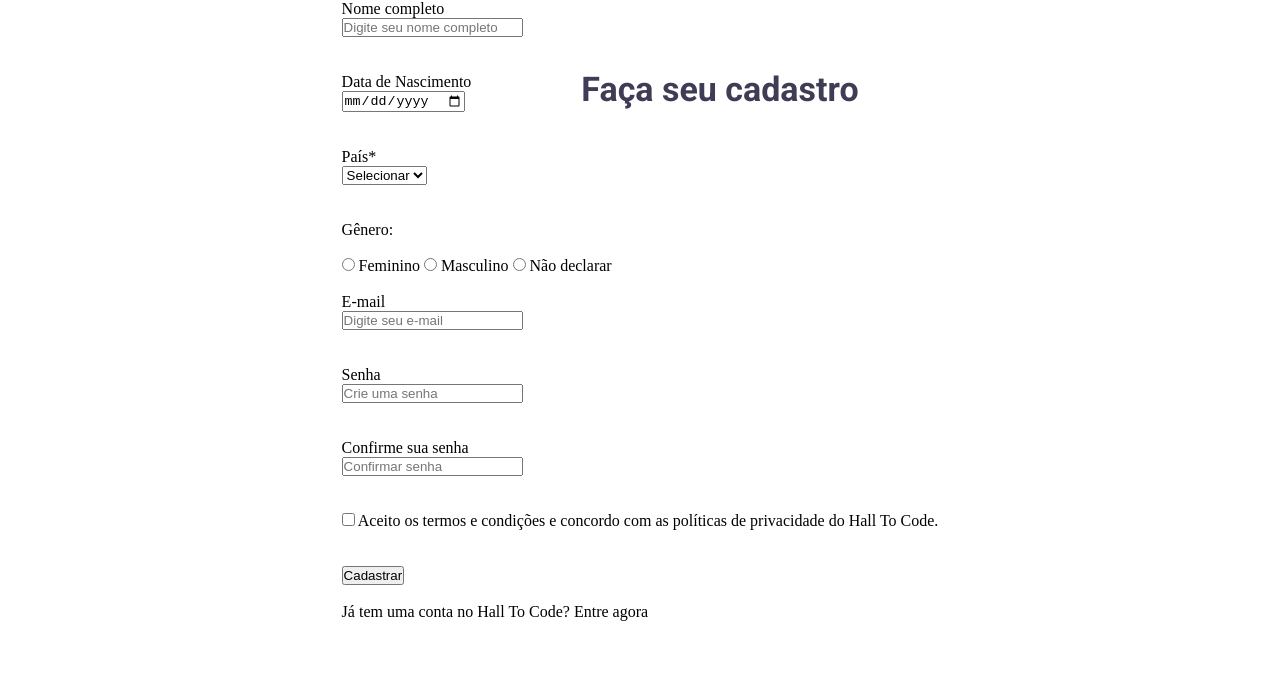
Repository: RenatoCCS/formularios
Page: cadastro.html
An editor plug-in stored every save of this project. The page is shown before and after the next save, followed by the edit.
The browser window is 1280 px wide. The pictures show the whole page.

Above is the page before, as saved 2023-03-23 11:37:54.

### cadastro.html
<!DOCTYPE html>
<html lang="pt-br">
  <head>
    <meta charset="UTF-8" />
    <meta http-equiv="X-UA-Compatible" content="IE=edge" />
    <meta name="viewport" content="width=device-width, initial-scale=1.0" />
    <link rel="stylesheet" href="style.css" />
    <title>Faça seu cadastro</title>
  </head>

  <body class="container">
    <form action="" class="form__Cadastro">
      <div class="form__Cadastro__Titulo">
        <h1>Faça seu cadastro</h1>
      </div>

      <div class="nome__Cadastro">
        <label class="nome__Cadastro__Nome" for="name">Nome completo</label>
        <br />
        <input
          class="nome__Cadastro__Campo"
          id="name"
          type="text"
          name="name"
          placeholder="Digite seu nome completo"
        />
      </div>
      <br /><br />

      <div>
        <label for="date">Data de Nascimento</label>
        <br />
        <input id="date" type="date" name="date" placeholder="dd/mm/aaaa" />
      </div>
      <br /><br />

      <div>
        <label for="options__Cascading">País*</label><br />
        <select name="opções" id="options__Cascading ">
          <option>Selecionar</option>
          <option>Brasil</option>
          <option>Argentina</option>
          <option>Chile</option>
          <option>Uruguai</option>
        </select>
      </div>
      <br /><br />

      <section>
        <legend>Gênero:</legend>
        <br />
        <input id="option__Button__Feminino" type="radio" name="botão" />
        <label for="option__Button__Feminino">Feminino</label>

        <input id="option__Button__Masculino" type="radio" name="botão" />
        <label for="option__Button__Masculino">Masculino</label>

        <input id="option__Button__Naodeclarar" type="radio" name="botão" />
        <label for="option__Button__Naodeclarar">Não declarar</label>
      </section>
      <br />

      <div>
        <label for="email">E-mail</label>
        <br />
        <input
          id="email"
          type="email"
          name="email"
          placeholder="Digite seu e-mail"
        />
      </div>
      <br /><br />

      <div>
        <label for="password">Senha</label>
        <br />
        <input
          id="password"
          type="password"
          name="senha"
          placeholder="Crie uma senha"
        />
      </div>
      <br /><br />

      <div>
        <label for="confirm__Password">Confirme sua senha</label>
        <br />
        <input
          id="confirm__Password"
          type="password"
          name="confirmar__Senha"
          placeholder="Confirmar senha"
        />
      </div>
      <br /><br />

      <div>
        <input type="checkbox" name="termos" id="term" />
        <label for="term"
          >Aceito os termos e condições e concordo com as políticas de
          privacidade do Hall To Code.</label
        >
      </div>
      <br /><br />

      <button type="submit">Cadastrar</button>
      <br /><br />

      <p>Já tem uma conta no Hall To Code? Entre agora</p>
    </form>
  </body>
</html>

### style.css
@import url('https://fonts.googleapis.com/css2?family= Roboto :wght@400;700 & display=swap');

* {
  margin: 0;
  padding: 0;
}

:root {
  --primeira-cor: #3f3d56;
  --segunda-cor: #323730;
  --terceira-cor: #abb3a8;
  --quarta-cor: #ffffff;

  --fonte-primaria: 'Roboto', sans-serif;
}

.container {
  display: flex;
  justify-content: center;
}

.form__Cadastro__Titulo {
  position: absolute;
  width: 302px;
  height: 43px;
  left: 569px;
  top: 68px;
  color: var(--primeira-cor);
  font-family: var(--fonte-primaria);
  font-style: normal;
  font-weight: 700;
  font-size: 17px; /*o indicado é 37px, mas se manter quebra a linha*/
  line-height: 43px;
  text-align: center;
}

.nome__Cadastro {
  width: 396px;
  height: ;
}

After the next save:
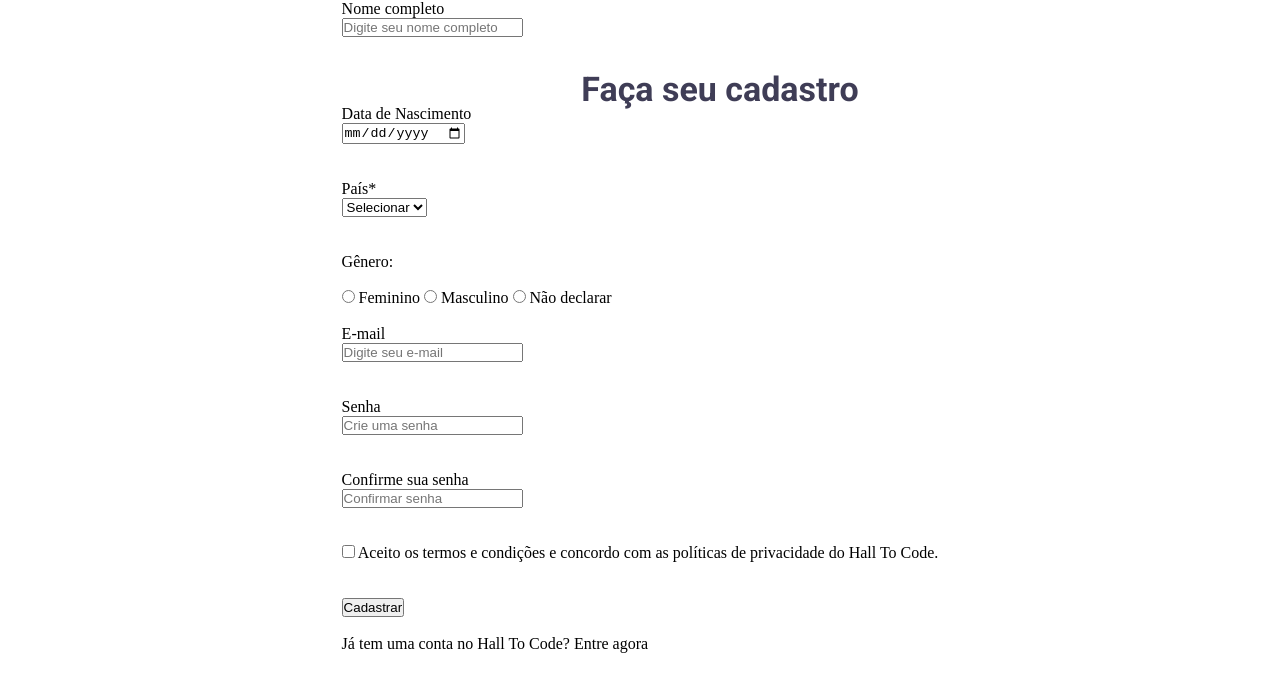
Saved 5 s later.
--- a/style.css
+++ b/style.css
@@ -36,5 +36,5 @@
 
 .nome__Cadastro {
   width: 396px;
-  height: ;
+  height: 69px;
 }
